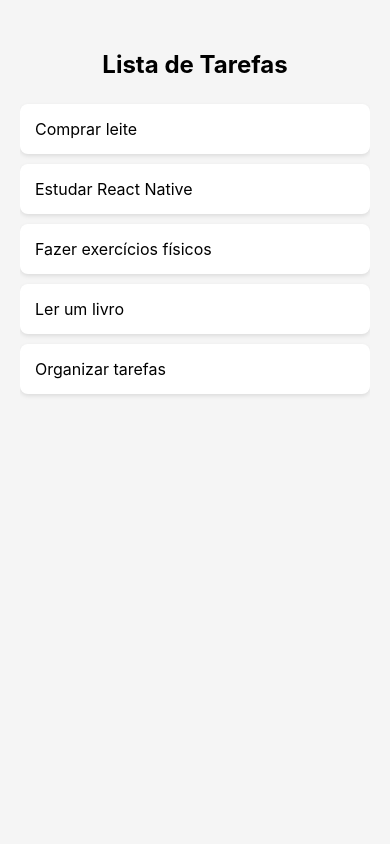
Repository: Elianmrey/TP03-REACT-NATIVE
Screen: / (app in TP03EX03/)
The author's editor kept a copy of each file at every save. The screen is drawn from the files as they stood at one save, then again after the next save.
An inner scrolling area shows only its first screen. The app was drawn by React Native's web renderer in a window 390 px wide. The project was rebuilt for these pictures with package versions that can differ from the ones it lists, and the page was loaded fresh each time. Some packages were replaced by stand-ins written for this rebuild.

Above is the screen before, as saved 2024-11-27 16:07:23.

### TP03EX03/App.js
import React from 'react';
import { StyleSheet, View, FlatList, Text } from 'react-native';
import ListItem from './src/components/ListItem';

const App = () => {
  const data = [
    { id: '1', title: 'Comprar leite' },
    { id: '2', title: 'Estudar React Native' },
    { id: '3', title: 'Fazer exercícios físicos' },
    { id: '4', title: 'Ler um livro' },
    { id: '5', title: 'Organizar tarefas' },
  ];

  return (
    <View style={styles.container}>
      <Text style={styles.title}>Lista de Tarefas</Text>
      <FlatList
        data={data}
        keyExtractor={(item) => item.id}
        renderItem={({ item }) => <ListItem title={item.title} />}
      />
    </View>
  );
};

const styles = StyleSheet.create({
  container: {
    flex: 1,
    paddingTop: 50,
    paddingHorizontal: 20,
    backgroundColor: '#f5f5f5',
  },
  title: {
    fontSize: 24,
    fontWeight: 'bold',
    marginBottom: 20,
    textAlign: 'center',
  },
});

export default App;

### TP03EX03/src/components/ListItem.js
import React from 'react';
import { StyleSheet, Text, View } from 'react-native';

const ListItem = ({ title }) => {
    return (
        <View style={styles.itemContainer}>
            <Text style={styles.itemText}>{title}</Text>
        </View>
    );
};

const styles = StyleSheet.create({
    itemContainer: {
        padding: 15,
        marginVertical: 5,
        backgroundColor: '#ffffff',
        borderRadius: 8,
        shadowColor: '#000',
        shadowOffset: { width: 0, height: 2 },
        shadowOpacity: 0.1,
        shadowRadius: 4,
        elevation: 2,
    },
    itemText: {
        fontSize: 16,
    },
});

export default ListItem;

Loaded but not shown: TP03EX03/index.js (common file)

After the next save:
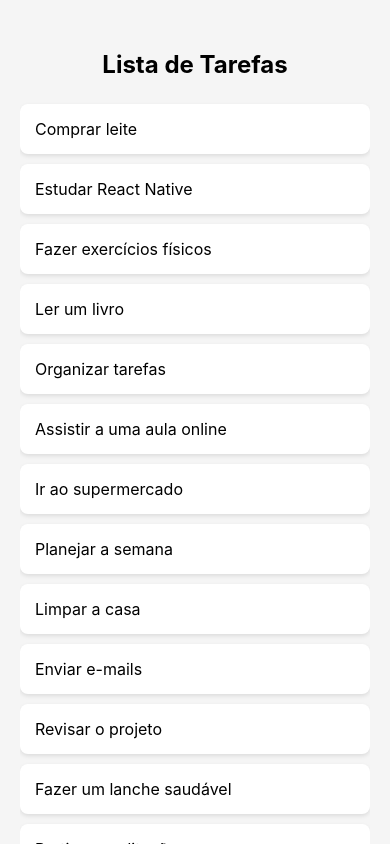
Saved 7 min 49 s later.
--- a/TP03EX03/App.js
+++ b/TP03EX03/App.js
@@ -9,6 +9,41 @@ const App = () => {
     { id: '3', title: 'Fazer exercícios físicos' },
     { id: '4', title: 'Ler um livro' },
     { id: '5', title: 'Organizar tarefas' },
+    { id: '6', title: 'Assistir a uma aula online' },
+    { id: '7', title: 'Ir ao supermercado' },
+    { id: '8', title: 'Planejar a semana' },
+    { id: '9', title: 'Limpar a casa' },
+    { id: '10', title: 'Enviar e-mails' },
+    { id: '11', title: 'Revisar o projeto' },
+    { id: '12', title: 'Fazer um lanche saudável' },
+    { id: '13', title: 'Praticar meditação' },
+    { id: '14', title: 'Resolver exercícios de lógica' },
+    { id: '15', title: 'Chamar um amigo para conversar' },
+    { id: '16', title: 'Revisar a lista de tarefas' },
+    { id: '17', title: 'Organizar documentos' },
+    { id: '18', title: 'Lavar o carro' },
+    { id: '19', title: 'Pagar contas' },
+    { id: '20', title: 'Cozinhar algo novo' },
+    { id: '21', title: 'Assistir a um filme' },
+    { id: '22', title: 'Fazer uma caminhada' },
+    { id: '23', title: 'Aprender algo novo' },
+    { id: '24', title: 'Atualizar o currículo' },
+    { id: '25', title: 'Desenhar ou pintar' },
+    { id: '26', title: 'Montar um quebra-cabeça' },
+    { id: '27', title: 'Estudar uma nova língua' },
+    { id: '28', title: 'Arrumar o guarda-roupa' },
+    { id: '29', title: 'Planejar uma viagem' },
+    { id: '30', title: 'Cuidar do jardim' },
+    { id: '31', title: 'Fazer uma ligação importante' },
+    { id: '32', title: 'Explorar novas receitas' },
+    { id: '33', title: 'Criar uma playlist' },
+    { id: '34', title: 'Testar um aplicativo novo' },
+    { id: '35', title: 'Escrever no diário' },
+    { id: '36', title: 'Ouvir um podcast' },
+    { id: '37', title: 'Montar um cronograma' },
+    { id: '38', title: 'Fazer um curso online' },
+    { id: '39', title: 'Praticar alongamentos' },
+    { id: '40', title: 'Dormir cedo' },
   ];
 
   return (
